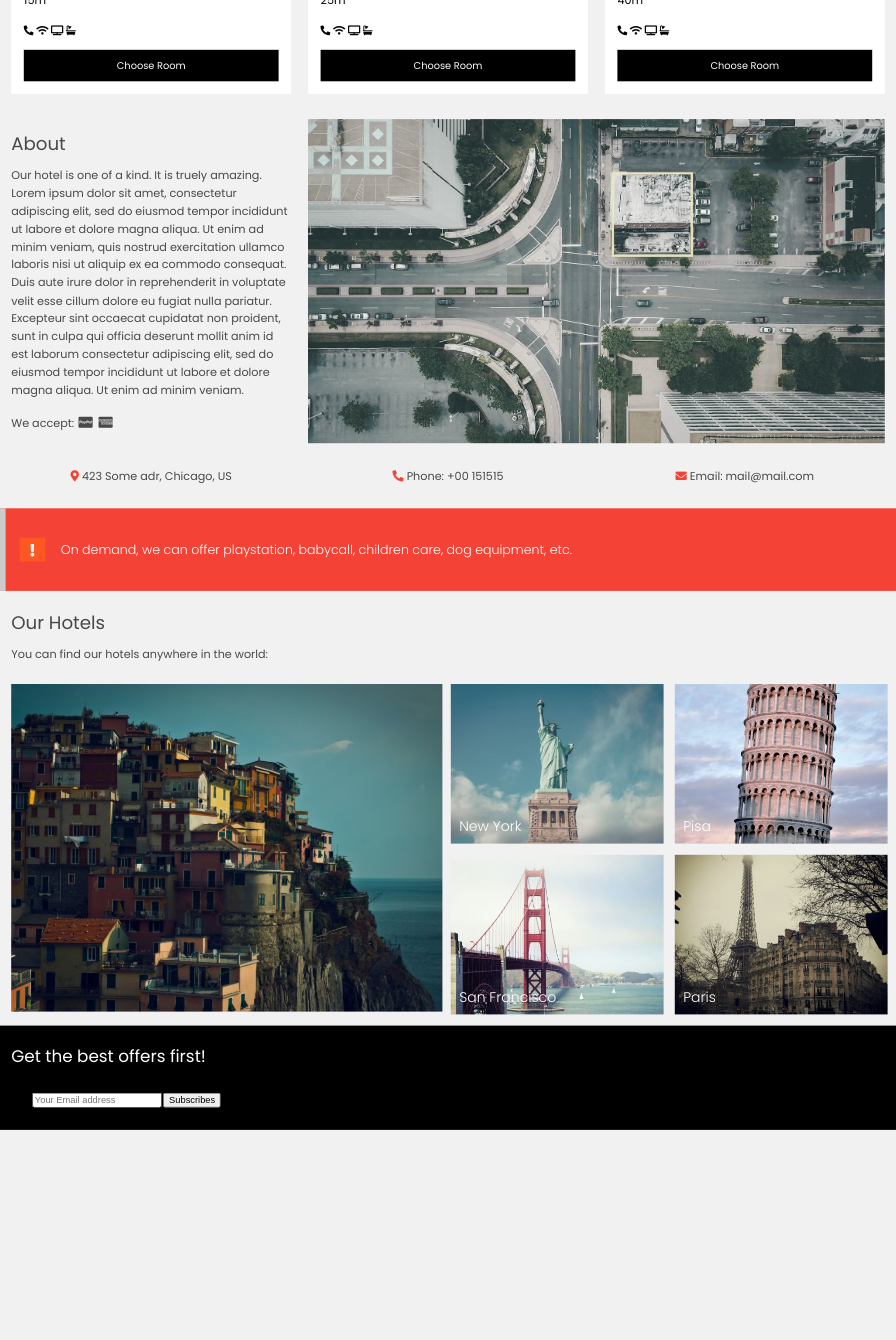
Repository: phamhuuloc/Travel_Template
Page: index.html
These files come from the project's save history. The page is drawn as it stood at one moment and after the next save; the edit follows.
The browser window is 1280 px wide. The pictures show the part of the page from y = 1383 to 3303 px (the page is 3297 px tall before and 3303 px after), at 70% of full size.
The style sheet was rebuilt from its Sass, Less or Tailwind sources for each picture, by a compiler version that may differ from the author's.

Above is the page before, as saved 2021-09-18 15:55:30.

### index.html
<!DOCTYPE html>
<html lang="en">
  <head>
    <meta charset="UTF-8" />
    <meta http-equiv="X-UA-Compatible" content="IE=edge" />
    <meta name="viewport" content="width=device-width, initial-scale=1.0" />
    <title>Document</title>
    <!-- FONT AWESOME -->
    <link
      rel="stylesheet"
      href="https://cdnjs.cloudflare.com/ajax/libs/font-awesome/5.15.4/css/all.min.css"
      integrity="sha512-1ycn6IcaQQ40/MKBW2W4Rhis/DbILU74C1vSrLJxCq57o941Ym01SwNsOMqvEBFlcgUa6xLiPY/NS5R+E6ztJQ=="
      crossorigin="anonymous"
      referrerpolicy="no-referrer"
    />
    <!-- GOOGLE FONT -->
    <link
      href="https://fonts.googleapis.com/css2?family=Poppins:wght@50;300;400&display=swap"
      rel="stylesheet"
    />
    <!-- CSS -->
    <link rel="stylesheet" href="./assets/resets.css" />
    <link rel="stylesheet" href="./assets/grid.css" />
    <link rel="stylesheet" href="./assets/main.css" />
  </head>
  <body>
    <div class="grids">
      <header class="header">
        <div class="logo">
          <i class="fas fa-bed logo__icon"></i>
          Logo
        </div>
        <div class="header__menu">
          <ul class="header__menu-list">
            <li class="header__menu-item">Rooms</li>
            <li class="header__menu-item">About</li>
            <li class="header__menu-item">Contact</li>
          </ul>
          <button class="btn book-btn">Book Nows</button>
        </div>
      </header>
      <section class="intro">
        <img src="./assets/img/hotel.jpg" alt="" class="intro__img" />
        <form class="form-login">
          <div class="form-login__heading">
            <i class="fas fa-bed logo__icon intro-icon"></i>
            <h2 class="form-login__name">Hotel name</h2>
          </div>
          <div class="form-container">
            <div class="row">
              <div class="form__item col l-6">
                <label class="form__item-category">
                  <i class="far fa-calendar form__item-icon"></i>
                  Check Ins
                </label>
                <input
                  type="text"
                  class="form__item-input"
                  placeholder="DD MM YY"
                />
              </div>
              <div class="form__item col l-6">
                <label class="form__item-category">
                  <i class="far fa-calendar form__item-icon"></i>
                  Check Out
                </label>
                <input
                  type="text"
                  class="form__item-input"
                  placeholder="DD MM YY"
                />
              </div>
            </div>
            <div class="row">
              <div class="form__item col l-6">
                <label class="form__item-category">
                  <i class="fas fa-male form__item-icon"></i>
                  Adults
                </label>
                <input
                  type="number"
                  value="1"
                  min="1"
                  max="6"
                  class="form__item-input"
                />
              </div>
              <div class="form__item col l-6">
                <label class="form__item-category">
                  <i class="fas fa-child form__item-icon"></i>
                  Kids
                </label>
                <input
                  type="number"
                  value="0"
                  min="0"
                  max="6"
                  class="form__item-input"
                />
              </div>
            </div>
            <button class="search-btn">
              <i class="fas fa-search search-icon"></i>Search availability
            </button>
          </div>
        </form>
      </section>

      <section class="option-room">
        <div class="option-container">
          <h3 class="option-container__title">Rooms</h3>
          <span class="option-container__desc"
            >Make yourself at home is our slogan. We offer the best beds in the
            industry. Sleep well and rest well.</span
          >
          <!-- FORM LOGIN  -->
          <div class="form-container option-container__form">
            <div class="row">
              <div class="form__item col l-3">
                <label class="form__item-category">
                  <i class="far fa-calendar form__item-icon"></i>
                  Check Ins
                </label>
                <input
                  type="text"
                  class="form__item-input"
                  placeholder="DD MM YY"
                />
              </div>
              <div class="form__item col l-3">
                <label class="form__item-category">
                  <i class="far fa-calendar form__item-icon"></i>
                  Check Out
                </label>
                <input
                  type="text"
                  class="form__item-input"
                  placeholder="DD MM YY"
                />
              </div>
              <div class="form__item col l-2">
                <label class="form__item-category">
                  <i class="fas fa-male form__item-icon"></i>
                  Adults
                </label>
                <input
                  type="number"
                  value="1"
                  min="1"
                  max="6"
                  class="form__item-input"
                />
              </div>
              <div class="form__item col l-2">
                <label class="form__item-category">
                  <i class="fas fa-child form__item-icon"></i>
                  Kids
                </label>
                <input
                  type="number"
                  value="0"
                  min="0"
                  max="6"
                  class="form__item-input"
                />
              </div>
              <!-- BUTTON F0RM LOGIN -->
              <div class="form__item col l-2">
                <label class="form__item-category">
                  <i class="fas fa-search"></i> Search</label
                >
                <button class="search-btn search-btn--full">Search</button>
              </div>
            </div>
          </div>
          <div class="category-room">
            <ul class="category-room__list row">
              <li class="category-room__item col l-4">
                <img
                  src="./assets/img/room_single.jpg"
                  alt=""
                  class="category-room__img"
                />
                <div class="category-room__details">
                  <h3 class="category-room__title">Single Room</h3>
                  <span class="category-room__price">From $99</span>
                  <span class="category-room__charac">Single bed</span>
                  <span class="category-room__area">15m<sup>2</sup></span>
                  <span class="category-room__function">
                    <i class="fas fa-phone-alt"></i>
                    <i class="fas fa-wifi"></i>
                    <i class="fas fa-tv"></i>
                    <i class="fas fa-bath"></i>
                  </span>
                  <button class="btn btn-choose">Choose Room</button>
                </div>
              </li>
              <li class="category-room__item col l-4">
                <img
                  src="./assets/img/room_double.jpg"
                  alt=""
                  class="category-room__img"
                />
                <div class="category-room__details">
                  <h3 class="category-room__title">Double Room</h3>
                  <span class="category-room__price">From $99</span>
                  <span class="category-room__charac">Single bed</span>
                  <span class="category-room__area">25m<sup>2</sup></span>
                  <span class="category-room__function">
                    <i class="fas fa-phone-alt"></i>
                    <i class="fas fa-wifi"></i>
                    <i class="fas fa-tv"></i>
                    <i class="fas fa-bath"></i>
                  </span>
                  <button class="btn btn-choose">Choose Room</button>
                </div>
              </li>
              <li class="category-room__item col l-4">
                <img
                  src="./assets/img/room_deluxe.jpg"
                  alt=""
                  class="category-room__img"
                />
                <div class="category-room__details">
                  <h3 class="category-room__title">Deluxe Room</h3>
                  <span class="category-room__price">From $99</span>
                  <span class="category-room__charac">Single bed</span>
                  <span class="category-room__area">40m<sup>2</sup></span>
                  <span class="category-room__function">
                    <i class="fas fa-phone-alt"></i>
                    <i class="fas fa-wifi"></i>
                    <i class="fas fa-tv"></i>
                    <i class="fas fa-bath"></i>
                  </span>
                  <button class="btn btn-choose">Choose Room</button>
                </div>
              </li>
            </ul>
          </div>
        </div>
      </section>
      <section class="local">
        <div class="row">
          <div class="local__container col l-4">
            <h4 class="local__title">About</h4>
            <p class="local__detail">
              Our hotel is one of a kind. It is truely amazing. Lorem ipsum
              dolor sit amet, consectetur adipiscing elit, sed do eiusmod tempor
              incididunt ut labore et dolore magna aliqua. Ut enim ad minim
              veniam, quis nostrud exercitation ullamco laboris nisi ut aliquip
              ex ea commodo consequat. Duis aute irure dolor in reprehenderit in
              voluptate velit esse cillum dolore eu fugiat nulla pariatur.
              Excepteur sint occaecat cupidatat non proident, sunt in culpa qui
              officia deserunt mollit anim id est laborum consectetur adipiscing
              elit, sed do eiusmod tempor incididunt ut labore et dolore magna
              aliqua. Ut enim ad minim veniam.
            </p>
            <p class="local__payment-methods">
              We accept:
              <i class="fab fa-cc-paypal local__payment-icon"></i>
              <i class="fab fa-cc-amex local__payment-icon"></i>
            </p>
          </div>
          <img src="./assets/img/map.jpg" alt="" class="col l-8 local__img" />
        </div>
        <div class="local__contact row">
          <div class="local__contact-item col l-4">
            <i class="fas fa-map-marker-alt local__contact-icon"></i>
            423 Some adr, Chicago, US
          </div>
          <div class="local__contact-item col l-4">
            <i class="fas fa-phone-alt local__contact-icon"></i>
            Phone: +00 151515
          </div>
          <div class="local__contact-item col l-4">
            <i class="fas fa-envelope local__contact-icon"></i>
            Email: mail@mail.com
          </div>
        </div>
      </section>
      <div class="demand">
        <i class="fas fa-exclamation demand__icon"></i>
        <p class="demand__desc">
          On demand, we can offer playstation, babycall, children care, dog
          equipment, etc.
        </p>
      </div>
      <section class="our-hotels">
        <h3 class="our-hotels__title">Our Hotels</h3>
        <p class="our-hotels__desc">
          You can find our hotels anywhere in the world:
        </p>
        <div class="row sm-gutter">
          <div class="col l-6">
            <img
              src="./assets/img/cinqueterre.jpg"
              alt=""
              class="our-hotel__img"
            />
          </div>
          <div class="col l-6">
            <div class="our-hotel__extend">
              <div class="row our-hotels__extend-item">
                <div class="our-hotels__container col l-6">
                  <img src="./assets/img/newyork2.jpg" alt="" class="" />
                  <span class="our-hotels__container-name">New York</span>
                </div>
                <div class="our-hotels__container col l-6">
                  <img src="./assets/img/pisa.jpg" alt="" class="" />
                  <span class="our-hotels__container-name">Pisa</span>
                </div>
              </div>
              <div class="row our-hotels__extend-item">
                <div class="our-hotels__container col l-6">
                  <img src="./assets/img/sanfran.jpg" alt="" class="" />
                  <span class="our-hotels__container-name">San Francisco</span>
                </div>
                <div class="our-hotels__container col l-6">
                  <img src="./assets/img/paris.jpg" alt="" class="" />
                  <span class="our-hotels__container-name">Paris</span>
                </div>
              </div>
            </div>
          </div>
        </div>
      </section>
      <section class="offers">
        <h3 class="offers__title">Get the best offers first!</h3>
        <p class="offers__desc">Join our newsletter.</p>
        <label for="" class="offers__email">Email</label>
        <input
          type="text"
          class="offers__input"
          placeholder="Your Email address"
        />
        <button>Subscribes</button>
      </section>
    </div>
  </body>
</html>

### assets/main.scss
$primary-color: #f44336;
$secondary-color: #0000;
$text-color: #484848;
$hover-color: #ccc;

@mixin flex($align: center, $justify: space-between) {
  display: flex;
  align-items: $align;
  justify-content: $justify;
}
* {
  box-sizing: border-box;
}
html {
  font-size: 62.5%;
}
body {
  background-color: #f1f1f1;
  font-family: "Poppins", sans-serif;
  margin-bottom: 30rem;
}
ul {
  list-style: none;
}
img {
  display: block;
  width: 100%;
}
a {
  text-decoration: none;
}
sup {
  font-size: 75%;
  position: relative;
  line-height: 0;
  top: -0.5em;
  vertical-align: baseline;
}
.btn {
  font-family: "Poppins", sans-serif;
  @include flex(center, center);
  height: inherit;
  outline: none;
  cursor: pointer;
  border: 0;
}
.btn:hover {
  background-color: $hover-color;
  color: #000;
}

//HEADER
.header {
  display: flex;
  align-items: center;
  height: 4.4rem;
  background-color: white;
  font-size: 2rem;

  .logo {
    background-color: $primary-color;
    height: 100%;
    cursor: pointer;
    color: white;
    @include flex();
    padding: 1.4rem 1.8rem;

    &__icon {
      margin-right: 2rem;
    }
  }
  .logo:hover {
    background-color: $hover-color;
    color: $text-color;
  }
  &__menu {
    display: flex;
    @include flex();
    height: 100%;
    width: 100%;
    &-list {
      @include flex();
      height: 100%;
    }
    &-item {
      @include flex();
      padding: 0 2rem;
      height: 100%;
      cursor: pointer;
      color: $text-color;
      &:hover {
        background-color: #ccc;
      }
    }
  }
  .book-btn {
    background-color: #f1f1f1;
    padding: 1.4rem 1.6rem;
    color: $text-color;
    font-size: 2rem;
  }
  .book-btn:hover {
    background-color: #ccc;
    cursor: pointer;
  }
}
// SECTION INTRO
.intro {
  position: relative;
  margin-bottom: 3.8rem;
  &-icon {
    padding: 0 1.8rem;
  }
  .form-login {
    width: 64.4rem;
    position: absolute;
    top: 50%;
    left: 2rem;
    background-color: #fff;
    transform: translateY(-50%);

    &__heading {
      display: flex;
      align-items: center;

      width: 100%;
      height: 6.4rem;
      background-color: $primary-color;
      color: white;
      font-size: 3rem;
    }
  }
}
.form-container {
  padding: 1.6rem;
  .search-btn {
    font-family: "Poppins", sans-serif;
    padding: 1rem 1.6rem;
    margin-top: 8px;
    border: 0;

    outline: none;
    cursor: pointer;

    background-color: #616161;
    font-size: 1.5rem;
    color: white;
  }
  .search-btn--full {
    width: 100%;
    margin: 0;
    background-color: #000;
    color: white;
    padding: 6px 0;
  }
  .search-btn:hover {
    background-color: #ccc;
    color: $text-color;
  }
  .search-icon {
    padding-right: 2rem;
  }
}
.form__item {
  display: flex;
  flex-direction: column;
  margin-bottom: 1.6rem;
  &-category {
    font-size: 1.6rem;
    margin-bottom: 4px;
    color: $text-color;
  }
  &-input {
    padding: 1rem;
    border: 1px solid #dedede;
  }
}
.option-container {
  padding: 1.6rem;
  margin-bottom: 2rem;
  &__title {
    font-size: 2.2rem;
    margin-bottom: 3rem;
    color: $text-color;
  }
  &__desc {
    display: block;
    font-size: 1.6rem;
    margin-bottom: 2rem;
    color: $text-color;
  }
  &__form {
    padding: 1.6rem 0;
  }
}
.category-room {
  &__details {
    padding: 1.8rem;
    display: flex;
    flex-direction: column;
    background-color: white;
  }
  &__title {
    font-size: 2.6rem;
    margin-bottom: 2rem;
    color: #484848;
  }
  &__price {
    font-size: 1.6rem;
    color: #999;
    margin-bottom: 2rem;
  }
  &__charac {
    font-size: 1.4rem;
    margin-bottom: 2rem;
  }
  &__area {
    font-size: 1.6rem;
    margin-bottom: 2.8rem;
  }
  &__function {
    font-size: 1.4rem;
    margin-bottom: 2rem;
  }
  .btn-choose {
    padding: 1.2rem 0;
    background-color: #000;
    color: white;
    font-size: 1.4rem;
  }
  .btn-choose:hover {
    background-color: $hover-color;
    color: $text-color;
  }
}
.local {
  padding: 0 1.6rem;
  &__title {
    font-size: 2.6rem;
    margin-top: 2.2rem;
    margin-bottom: 2rem;
    color: $text-color;
  }
  &__detail {
    font-size: 1.6rem;
    line-height: 1.6;
    margin-bottom: 2.4rem;
    color: $text-color;
  }
  &__payment-methods {
    font-size: 1.6rem;
    color: $text-color;
  }
  &__payment-icon {
    font-size: 1.8rem;
    margin: 0 2px;
  }
  &__img {
    filter: grayscale(75%);
  }
  &__contact {
    padding: 3.8rem 0;
    &-icon {
      color: $primary-color;
      font-size: 1.6rem;
    }
    &-item {
      text-align: center;
      font-size: 1.6rem;
      color: $text-color;
    }
  }
}
.demand {
  padding: 4.2rem 0 4.2rem 2rem;
  background-color: $primary-color;
  border-left: 8px solid #ccc;
  @include flex(center, none);
  margin-bottom: 3.2rem;
  &__icon {
    color: white;
    font-size: 1.8rem;
    padding: 8px 15px;
    background-color: #ff5722;
    margin-right: 2.2rem;
  }
  &__desc {
    font-size: 1.8rem;
    color: white;
    font-weight: 350;
  }
}
.our-hotels {
  padding: 0 1.6rem;
  &__title {
    font-size: 2.6rem;
    color: $text-color;
    margin-bottom: 2.5rem;
  }
  &__desc {
    display: block;
    margin-bottom: 3.4rem;
    color: $text-color;
    font-size: 1.6rem;
  }
  &__extend {
    &-item {
      margin-bottom: 16px;
    }
  }
  &__container {
    position: relative;
    &-name {
      position: absolute;
      left: 0;
      bottom: 0;

      padding: 1.5rem 2rem;
      font-size: 2rem;
      font-weight: 350;
      color: white;
    }
  }
}
.offers {
  background-color: #000;
  padding: 3.2rem 1.6rem;
  &__title {
    color: white;
    font-size: 2.4rem;
    margin-bottom: 3rem;
  }
}

Loaded but not shown: assets/resets.css (common file); assets/grid.css (430 lines, source omitted)

After the next save:
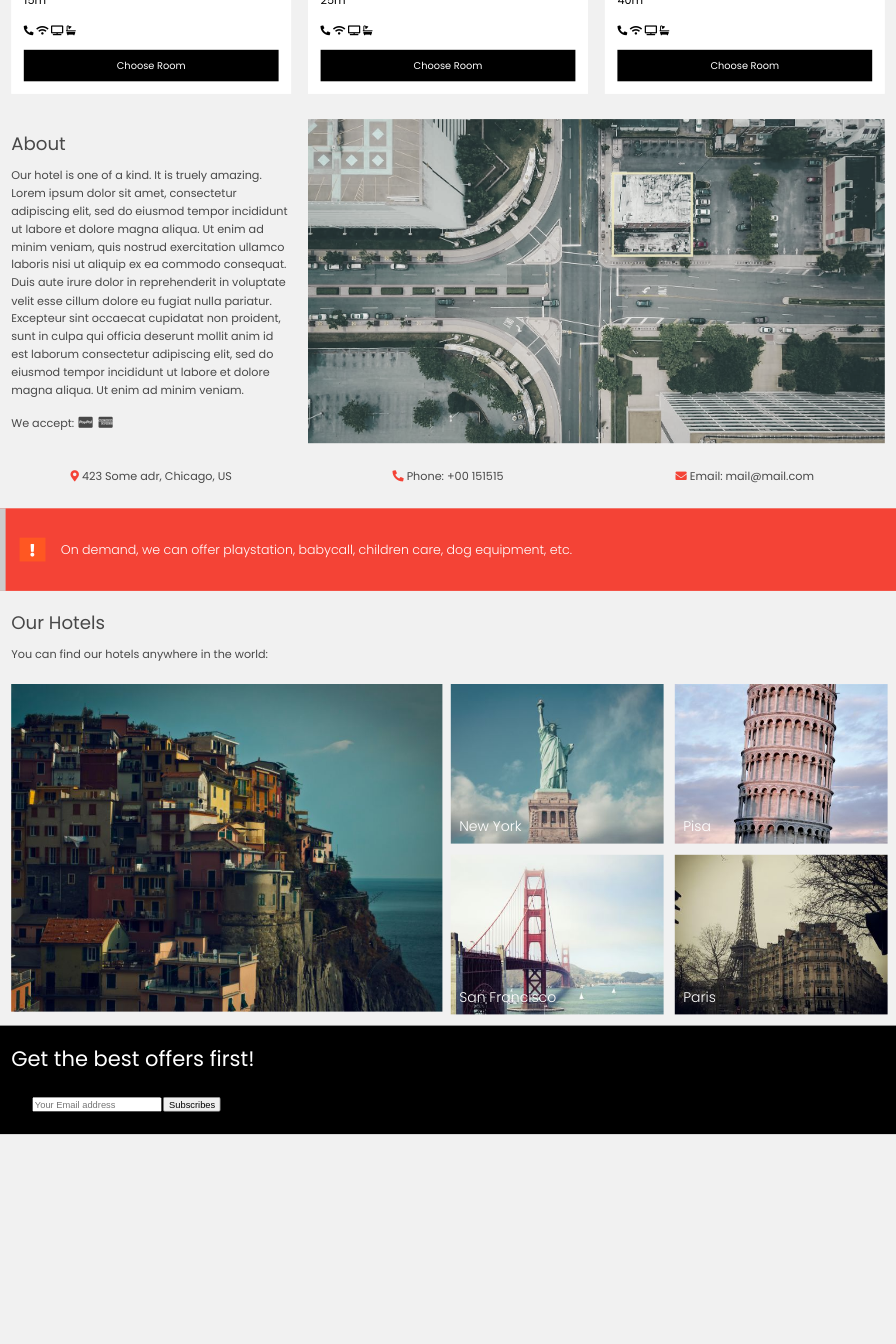
Saved 6 s later.
--- a/assets/main.scss
+++ b/assets/main.scss
@@ -327,7 +327,7 @@ sup {
   padding: 3.2rem 1.6rem;
   &__title {
     color: white;
-    font-size: 2.4rem;
+    font-size: 3rem;
     margin-bottom: 3rem;
   }
 }
